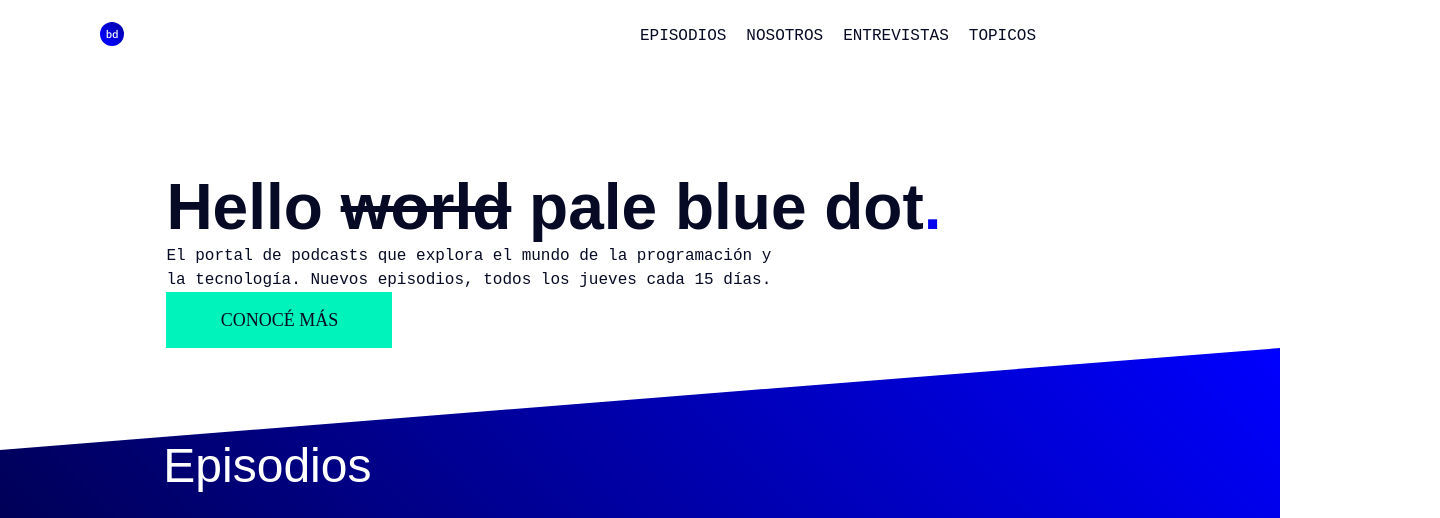
Repository: FedeGA93/podcast
Page: index.html
The author's editor kept a copy of each file at every save. The page is drawn from the files as they stood at one save, then again after a run of saves.
The browser window is 1280 px wide. The page is 1440 px wide, so the pictures cover 1440 px, including what lies to the right of the window. The pictures show the part of the page from y = 0 to 518 px (the page is 3205 px tall before and 3233 px after).
Pictures or frames that could not be fetched are drawn as grey boxes. Some web fonts or font styles are not loaded; a fallback is used. Some web libraries are served in a nearby version.

Above is the page before, as saved 2019-11-26 16:49:04.

After the next 2 saves:
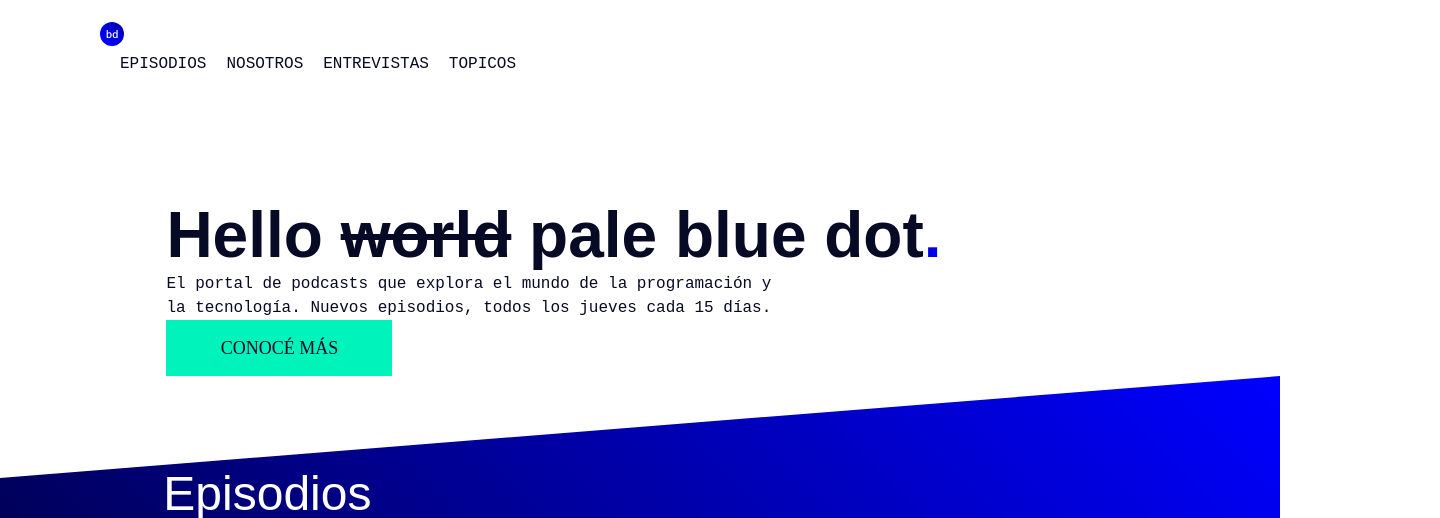
The 2 saves are shown as one change because they came seconds apart.
The last was saved 18 min 6 s later.
--- a/index.html
+++ b/index.html
@@ -19,10 +19,8 @@
         <div class="menu">
             <div>
                 <img src="images/logo.svg" alt="Logo del podcast" class="responsive-logo">
-            </div>
-            <div >
                 <nav>
-                  <!-- DEsde acá-->
+                    <!-- DEsde acá-->
                     <input type="checkbox" id="transformacion" />
                     <label for="transformacion" class="fija-menu">
                         <span class="barras-negras-hamburger bar1"></span>

After the 2 saves that followed:
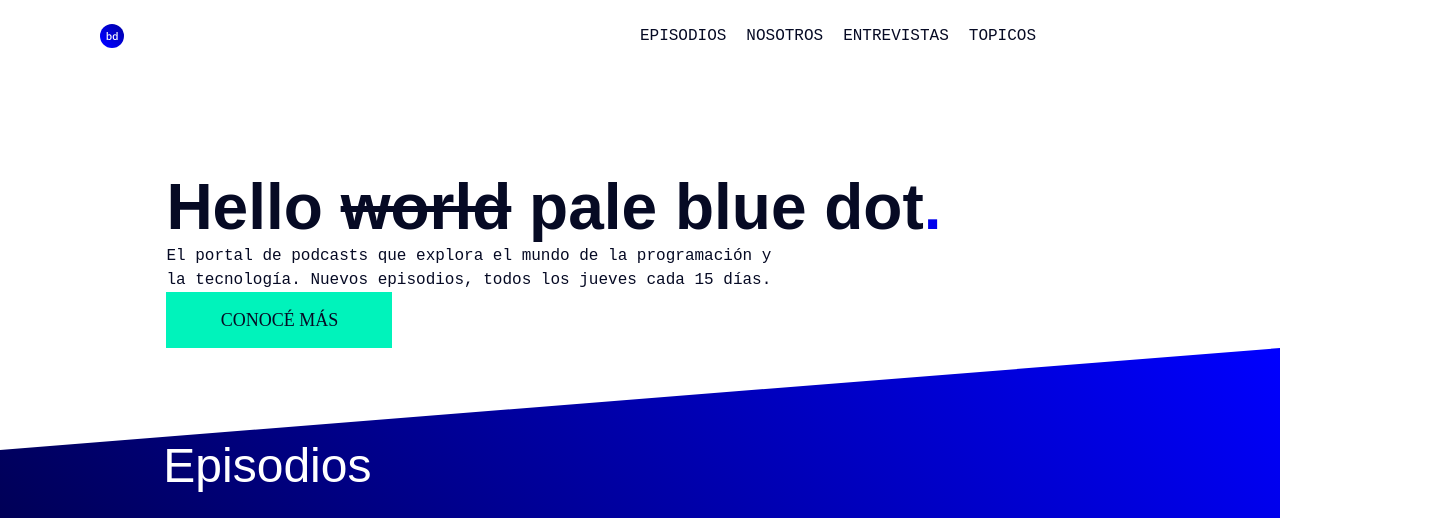
The 2 saves are shown as one change because 1 left the picture as it was.
The last was saved 4 min 50 s later.
--- a/index.html
+++ b/index.html
@@ -17,7 +17,8 @@
 <body>
     <header class="estilo-header">
         <div class="menu">
-            <div>
+
+
                 <img src="images/logo.svg" alt="Logo del podcast" class="responsive-logo">
                 <nav>
                     <!-- DEsde acá-->
